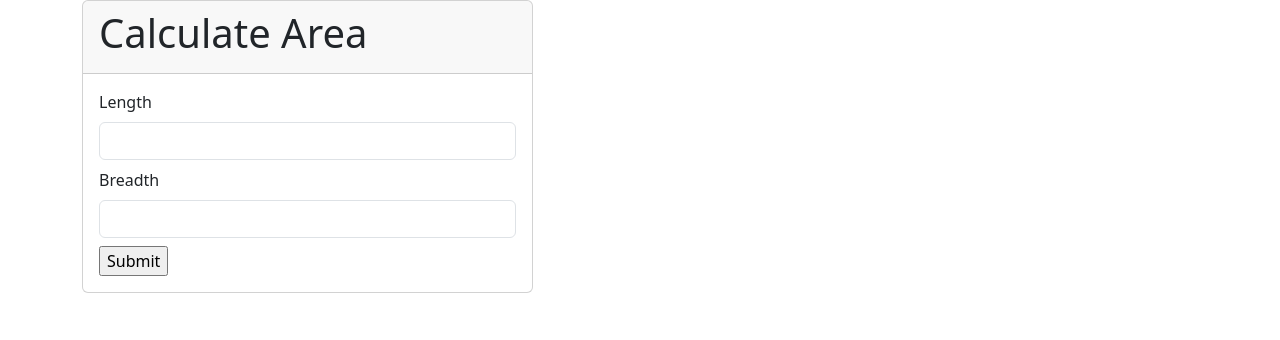
Repository: Laxman-Nath/Servlet_JSP
Page: http://localhost/Area/
An editor plug-in stored every save of this project. The page is shown before and after the next save, followed by the edit.
The browser window is 1280 px wide. The pictures show the whole page.
The page is served by Tomcat 9.

Above is the page before, as saved 2024-09-02 10:48:29.

After the next save:
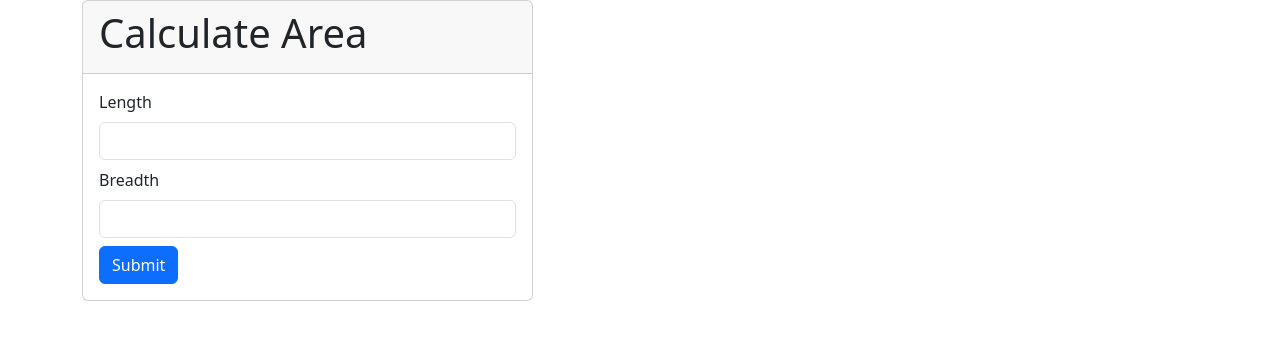
Saved 40 s later.
--- a/Area/src/main/webapp/Area.jsp
+++ b/Area/src/main/webapp/Area.jsp
@@ -25,7 +25,7 @@
 		<div class="mb-2">
 		<label class="form-label">Breadth</label><input class="form-control" type="number" name="breadth">
 		</div>
-		<input type="submit" value="Submit">
+		<button type="submit" class="btn btn-primary">Submit</button>
 	</form>
 	</div>
 </div>
